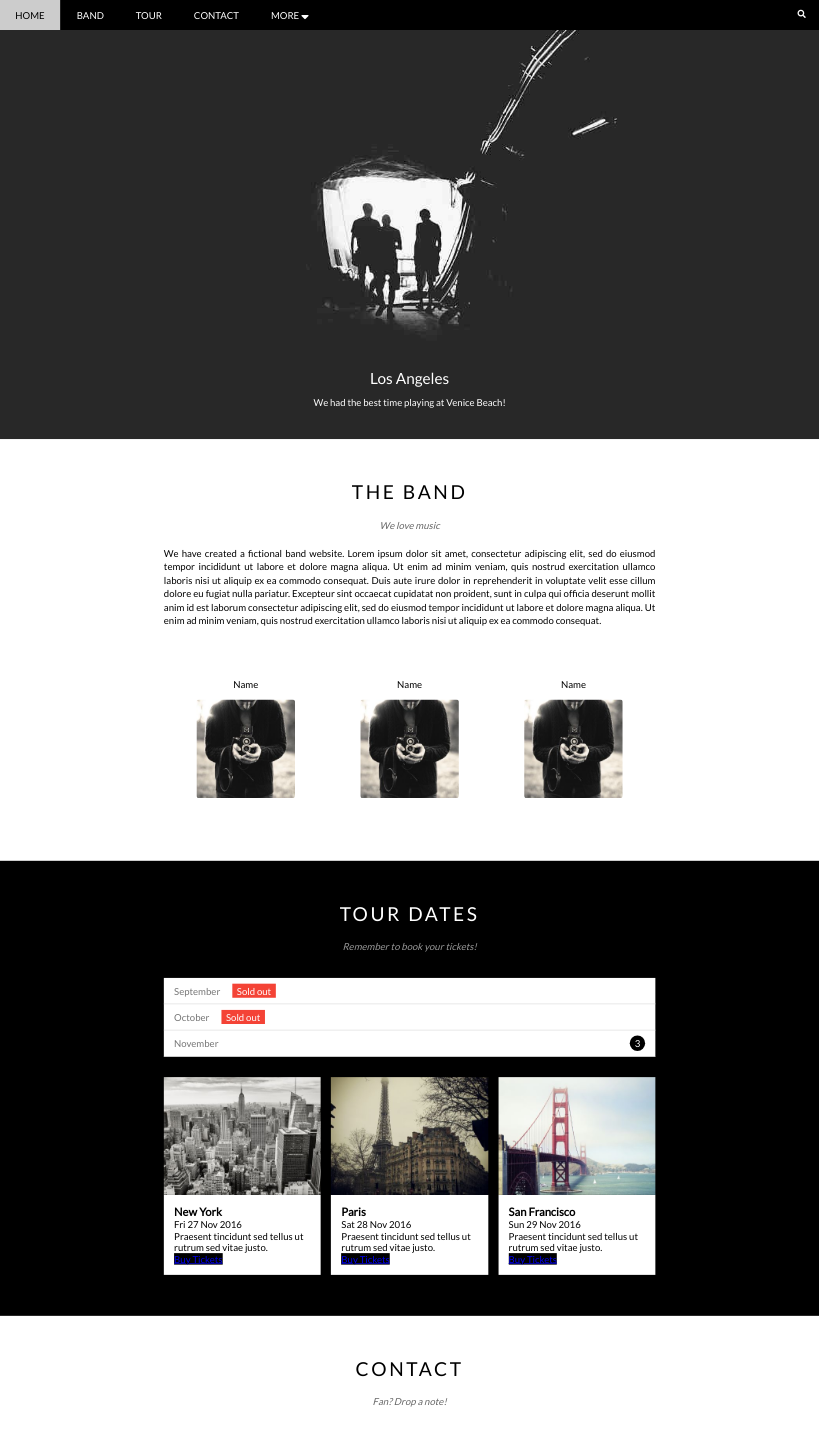
Repository: nguyenthaicong265/w3-band
Page: index.html
These files come from the project's save history. The page is drawn as it stood at one moment and after the next save; the edit follows.
The browser window is 1280 px wide. The pictures show the whole page, at 64% of full size.

Above is the page before, as saved 2021-12-29 17:05:59.

### index.html
<!DOCTYPE html>
<html lang="en">
<head>
    <meta charset="UTF-8">
    <meta http-equiv="X-UA-Compatible" content="IE=edge">
    <meta name="viewport" content="width=device-width, initial-scale=1.0">
    <title>Document</title>
    <link rel="stylesheet" href="./assets/css/styles.css">
    <link rel="stylesheet" href="https://fonts.googleapis.com/css?family=Lato">
    <link rel="stylesheet" href="./assets/font/themify-icons-font/themify-icons/themify-icons.css">
    <link rel="stylesheet" href="./assets/font/fontawesome-free-5.15.4-web/css/all.css">
</head>
<body>
    <div id="main">
        <div id="header">
            <ul id="nav">
                <li><a href="">Home</a></li>
                <li><a href="">Band</a></li>
                <li><a href="">Tour</a></li>
                <li><a href="">Contact</a></li>
                <li>
                    <a href="#">
                        More
                        <i class="fas fa-sort-down"></i>
                    </a>
                    <ul class="subnav">
                        <li><a href="#">Merchandise</a></li>
                        <li><a href="#">Extras</a></li>
                        <li><a href="#">Media</a></li>
                    </ul>
                </li>
            </ul>
            <div class="search-button">
                <i class="fas fa-search text-white"></i>
            </div>
        </div>

        <div id="slider">
            <div class="text-content text-white">
                <h2 class="text-head">Los Angeles
                </h2>
                <div class="text-description">We had the best time playing at Venice Beach!
                </div>
            </div>
        </div>

        <div id="content">
            <!-- About-section -->
            <div class="band-section">
                <div class="content-section band">
                    <h2 class="section-heading">
                    THE BAND
                    </h2>
                    <p class="section-sub-heading">
                    We love music
                    </p>
                    <p class="about-text">We have created a fictional band website. Lorem ipsum dolor sit amet, consectetur adipiscing elit, sed do eiusmod tempor incididunt ut labore et dolore magna aliqua. Ut enim ad minim veniam, quis nostrud exercitation ullamco laboris nisi ut aliquip ex ea commodo consequat. Duis aute irure dolor in reprehenderit in voluptate velit esse cillum dolore eu fugiat nulla pariatur. Excepteur sint occaecat cupidatat non proident, sunt in culpa qui officia deserunt mollit anim id est laborum consectetur adipiscing elit, sed do eiusmod tempor incididunt ut labore et dolore magna aliqua. Ut enim ad minim veniam, quis nostrud exercitation ullamco laboris nisi ut aliquip ex ea commodo consequat.
                    </p>

                    <!-- Member -->
                    <div class="members-list">
                        <div class="member-item">
                            <p class="member-name">Name</p>
                            <img src="./assets/img/band/member1.jpg" alt="Name" class="member-avatar">
                        </div>

                        <div class="member-item">
                            <p class="member-name">Name</p>
                            <img src="./assets/img/band/member1.jpg" alt="Name" class="member-avatar">
                        </div>

                        <div class="member-item">
                            <p class="member-name">Name</p>
                            <img src="./assets/img/band/member1.jpg" alt="Name" class="member-avatar">
                        </div>
                    </div>
                </div>
            </div>

            <!-- Tour-section -->
            <div class="tour-section">
                <div class="content-section">
                    <h2 class="section-heading text-white">
                    TOUR DATES
                    </h2>
                    <p class="section-sub-heading text-white">
                    Remember to book your tickets!
                    </p>

                    <!-- Tickets  -->
                    <ul class="tickets-list">
                        <li>September <span class="sold-out text-white">Sold out</span></li>
                        <li>October <span class="sold-out text-white">Sold out</span></li>
                        <li>November <span class="quantity text-white">3</span></li>
                    </ul>

                    <!-- Places -->
                    <div class="places-list">
                        <div class="places-item">
                            <img src="./assets/img/places/newyork.jpg" alt="New York" class="place-img">
                            <div class="place-body">
                                <h3 class="place-heading">
                                    New York
                                </h3>
                                <p class="place-time">
                                    Fri 27 Nov 2016
                                </p>
                                <p class="place-dsc">
                                    Praesent tincidunt sed tellus ut rutrum sed vitae justo.
                                </p>
                                <a href="#" class="place-buy-ticket">Buy Tickets</a>
                            </div>
                        </div>

                        <div class="places-item">
                            <img src="./assets/img/places/paris.jpg" alt="Paris" class="place-img">
                            <div class="place-body">
                                <h3 class="place-heading">
                                    Paris
                                </h3>
                                <p class="place-time">
                                    Sat 28 Nov 2016
                                </p>
                                <p class="place-dsc">
                                    Praesent tincidunt sed tellus ut rutrum sed vitae justo.
                                </p>
                                <a href="#" class="place-buy-ticket">Buy Tickets</a>
                            </div>
                        </div>

                        <div class="places-item">
                            <img src="./assets/img/places/sanfran.jpg" alt="San Francisco" class="place-img">
                            <div class="place-body">
                                <h3 class="place-heading">
                                    San Francisco
                                </h3>
                                <p class="place-time">
                                    Sun 29 Nov 2016
                                </p>
                                <p class="place-dsc">
                                    Praesent tincidunt sed tellus ut rutrum sed vitae justo.
                                </p>
                                <a href="#" class="place-buy-ticket">Buy Tickets</a>
                            </div>
                        </div>
                    </div>
                </div>
            </div>

            <!-- Contact-section -->
            <div class="content-section">
                <h2 class="section-heading">
                CONTACT
                </h2>
                <p class="section-sub-heading">
                Fan? Drop a note!
                </p>
            </div>
        </div>

        <div id="footer">

        </div>
    </div>
</body>
</html>

### assets/css/styles.css
/* Reset CSS */
* {
    padding: 0;
    margin: 0;
    box-sizing: border-box;
}

html {
    font-family: "Lato", sans-serif;
    font-size: 62.5%;
}

.text-white {
    color: #ffff !important;
}

#main {

}

#header {
    position: fixed;
    top: 0;
    left: 0;
    right: 0;
    height: 46.5px;
    background-color: #000000;
    z-index: 1;
}

#header .search-button {
    float: right;
    padding: 0 21px;
}

#header .search-button:hover {
    cursor: pointer;
    background-color: #f44336!important;
}

#header .fa-search {
    font-size: 13px;
    line-height: 46px;
}

#nav, .subnav {
    display: inline-block;
    list-style-type: none;
}

#nav > li {
    display: inline-block;
}

#nav li {
    position: relative;
}

#nav > li > a {
    color: #ffffff;
    text-transform: uppercase;
}

#nav li a {
    text-decoration: none;
    line-height: 46.5px;
    padding: 0px 24px;
    font-size: 1.5rem;
    display: block;
}

#nav .fa-sort-down {
    font-size: 20px;
}

#nav li:hover .subnav {
    display: block;

}

#nav > li:hover > a,
#nav .subnav li:hover a {
    color: #000 !important;
    background-color: #ccc !important;
}

#nav .subnav {
    display: none;
    position: absolute;
    min-width: 160px;
    top: 46.5px;
    background-color: #ffffff;
    box-shadow: 0 0 10px rgba(0, 0, 0, 0.3);
}

#nav .subnav a {
    color: #000;
    padding: 0 12px;
    line-height: 38px;
}

#slider {
    position: relative;
    margin-top: 46px;
    padding-top: 50%;
    background: url(/assets/img/slider/slider1.jpg) top center / cover no-repeat;
}

#slider .text-content {
    position: absolute;
    bottom: 48px;
    width: 100%;
    text-align: center;
}

#slider .text-head {
    font-weight: 100;
    font-size: 24px;
    margin-bottom: 10px;
}
#slider .text-description {
    font-size: 15px;
    margin-top: 15px;
}

#content {
}

#content .content-section {
    width: 800px;
    padding: 64px 16px ;
    margin-left: auto;
    margin-right: auto;
}

#content .section-heading {
    font-size: 30px;
    font-weight: 400;
    letter-spacing: 4px;
    text-align: center;
}

#content .section-sub-heading {
    font-size: 15px;
    font-style: italic;
    text-align: center;
    opacity: 0.6;
    margin-top: 25px;
}

#content .about-text {
    text-align: justify;
    font-size: 15px;
    margin-top: 25px;
    line-height: 1.4;
}

#content .members-list {
    margin-top: 48px;
    overflow: hidden;
    padding-top: 32px !important;
    padding-bottom: 32px !important;
}

#content .member-item {
    float: left;
    width: 33.333333%;
    text-align: center;
}

#content .member-name {
    font-size: 15px;


}

#content .member-avatar {
    width: 60%;
    margin-top: 15px;
    border-radius: 4px;
}

.tour-section {
    background-color: #000;
    width: 100%;
}

.tickets-list {
    background-color: #ffffff;
    margin-top: 40px;
    list-style-type: none;
}

.tickets-list li {
    font-size: 15px;
    padding: 11px 16px;
    border-bottom: 1px solid #dddd;
    color: #757575;
}

.tickets-list .sold-out {
    background-color: #f44336!important;
    padding: 2px 7px;
    margin-left: 16px;
}

.tickets-list .quantity {
    float: right;
    width: 24px;
    height: 24px;
    background-color: #000;
    border-radius: 50%;
    line-height: 24px;
    text-align: center;
    margin-top: -3px;
}

.places-list {
    margin: 32px -8px 0px;
    overflow: hidden;
}

.places-item {
    float: left;
    width: 33.33333%;
    padding: 0 8px;
    font-size: 15px;
}

.place-img {
    display: block;
    width: 100%;
}

.place-img:hover {
    opacity: 0.6;
}

.place-body {
    background-color: #ffff;
    padding: 16px;
}

.place-heading {
    font-weight: bolder;
}

.place-dsc {

}

.places-list .places-item .place-buy-ticket {
    background-color: #000;
}

.places-list .places-item .place-buy-ticket:hover {
    color: #000;
    background-color: #ccc;
}

#footer {

}

Loaded but not shown: assets/font/themify-icons-font/themify-icons/themify-icons.css (common file); assets/font/fontawesome-free-5.15.4-web/css/all.css (library)

After the next save:
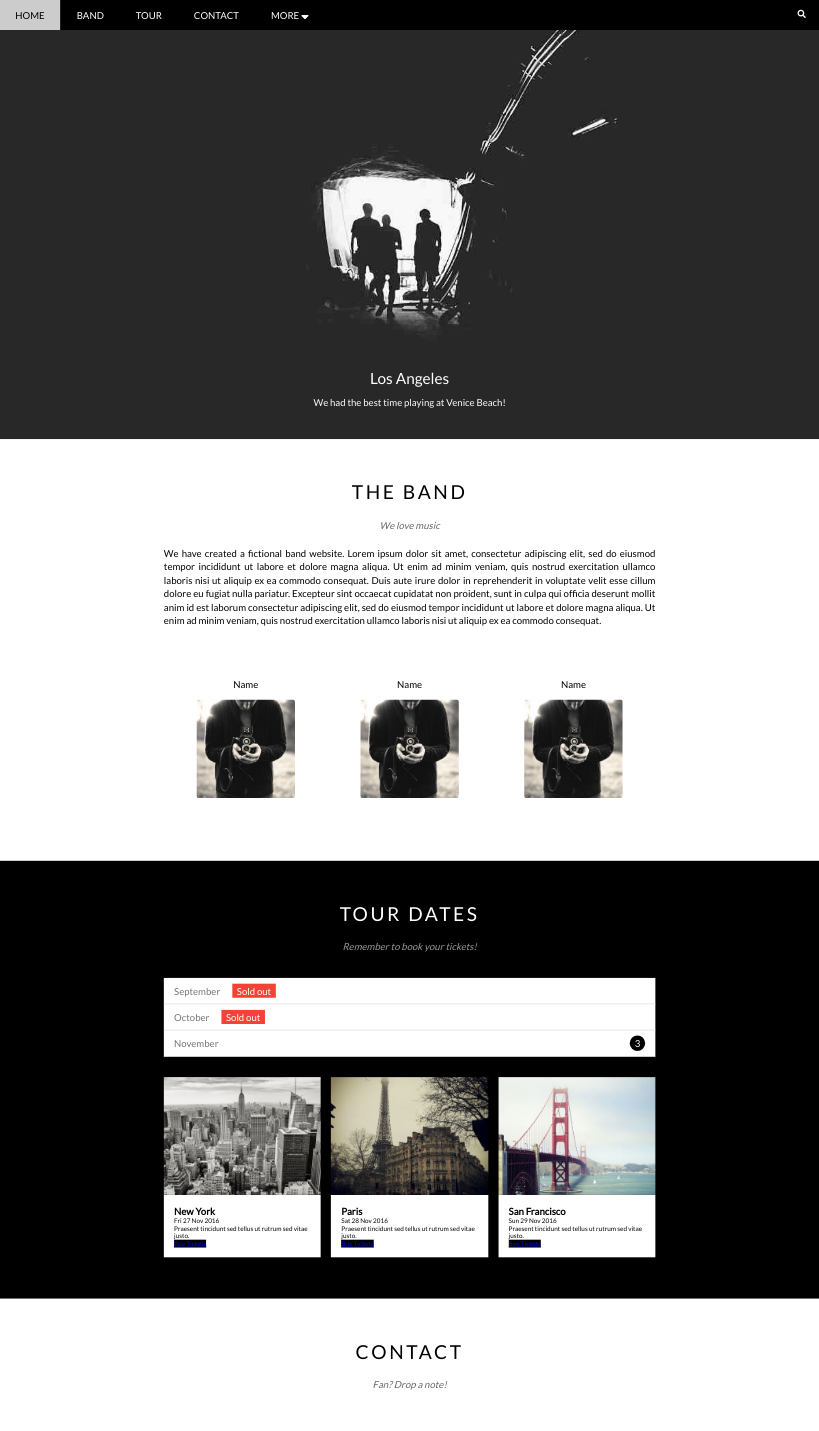
Saved 22 s later.
--- a/assets/css/styles.css
+++ b/assets/css/styles.css
@@ -224,7 +224,7 @@ html {
     float: left;
     width: 33.33333%;
     padding: 0 8px;
-    font-size: 15px;
+
 }
 
 .place-img {
@@ -242,6 +242,7 @@ html {
 }
 
 .place-heading {
+    font-size: 15px;
     font-weight: bolder;
 }
 
